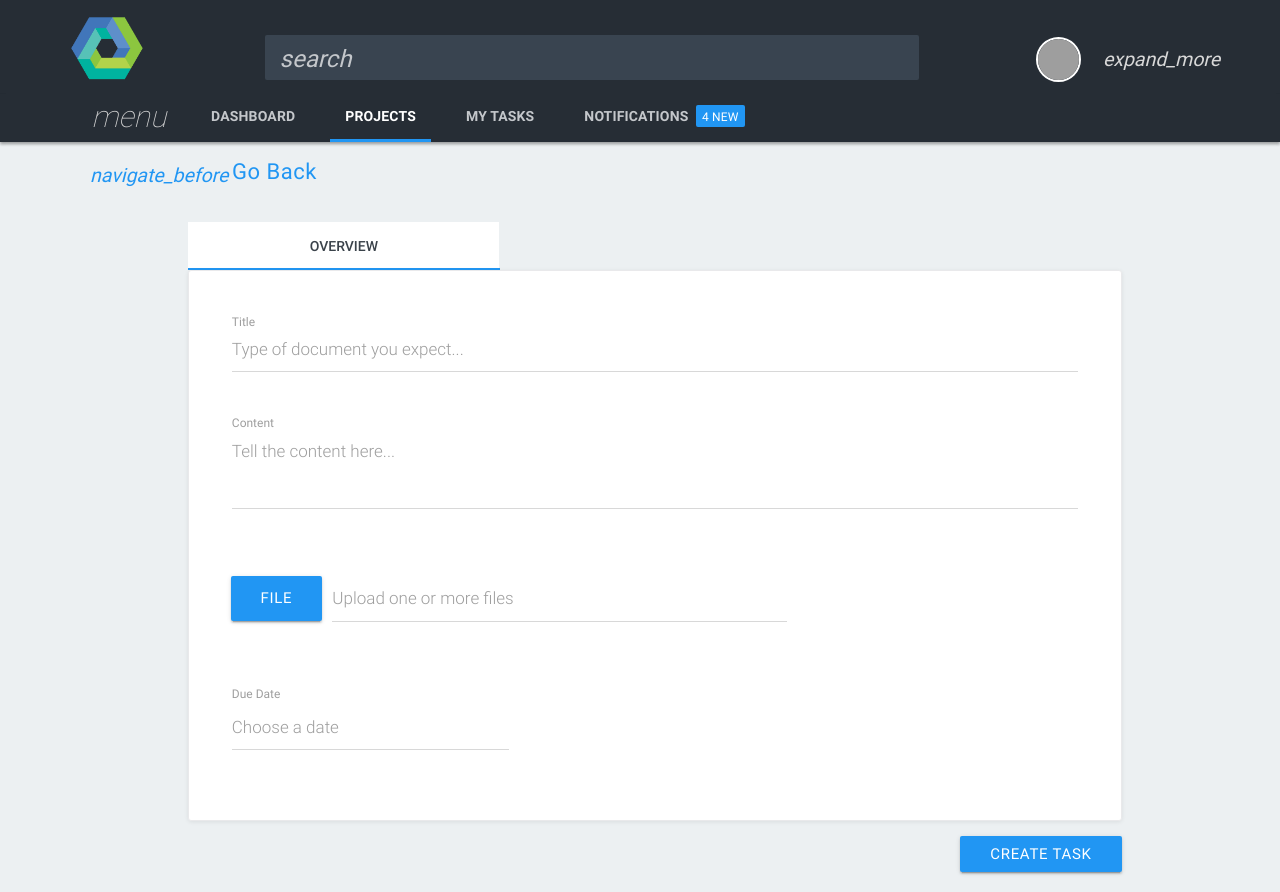
Repository: RenanChagas/ProjectManagement
Page: http://localhost/finalproject/WEB-INF/views/taskCreate.jsp
These files come from the project's save history. The page is drawn as it stood at one moment and after the next save; the edit follows.
The browser window is 1280 px wide. The pictures show the whole page.
Pictures or frames that could not be fetched are drawn as grey boxes. The page is served by Tomcat 9. Nobody is signed in. The template is opened directly, without the code that normally fills it, so the values that code supplies are empty.

Above is the page before, as saved 2017-10-26 00:18:55.

After the next save:
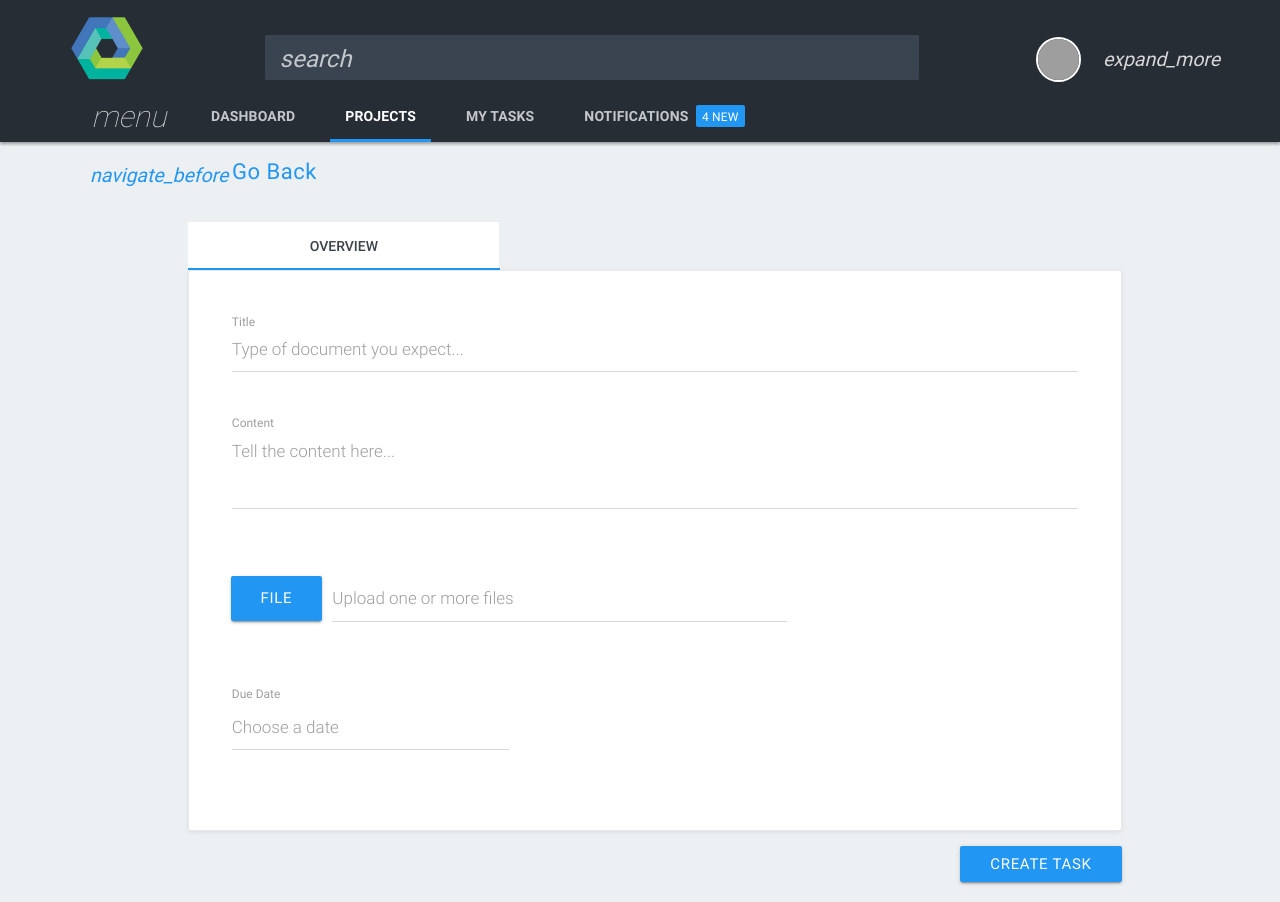
Saved 13 s later.
--- a/finalproject/src/main/webapp/WEB-INF/views/taskCreate.jsp
+++ b/finalproject/src/main/webapp/WEB-INF/views/taskCreate.jsp
@@ -225,7 +225,7 @@
                         <!-- Due date-END-->
 
                   		<!-- Hours -->
-                      <div class="row">
+                      <div class="row MDC-margin-bottom30">
 
                       </div>
 
